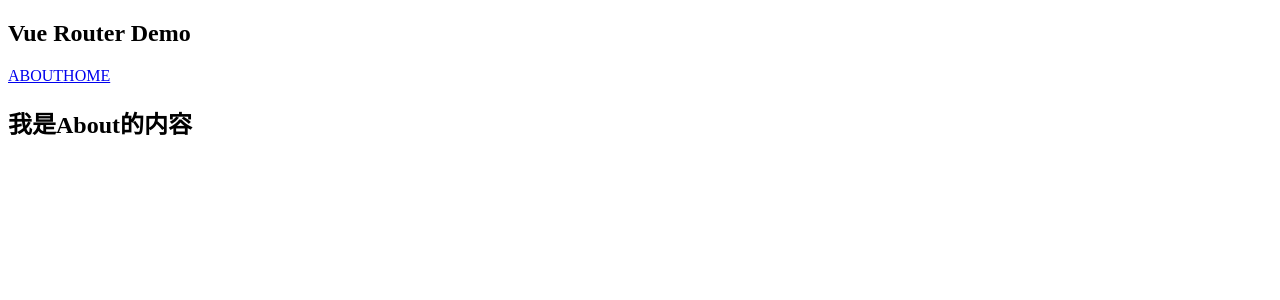
Repository: 13067902180/vue2.0study
Page: /
The author's editor kept a copy of each file at every save. The page is drawn from the files as they stood at one save, then again after the next save.
The browser window is 1280 px wide. The pictures show the whole page.
The project was rebuilt for these pictures with package versions that can differ from the ones it lists, and the page was loaded fresh each time. Also part of the build but not shown: vue.config.js, src/components/About.vue, src/components/Home.vue.

Above is the page before, as saved 2023-03-03 10:30:38.

After the next save:
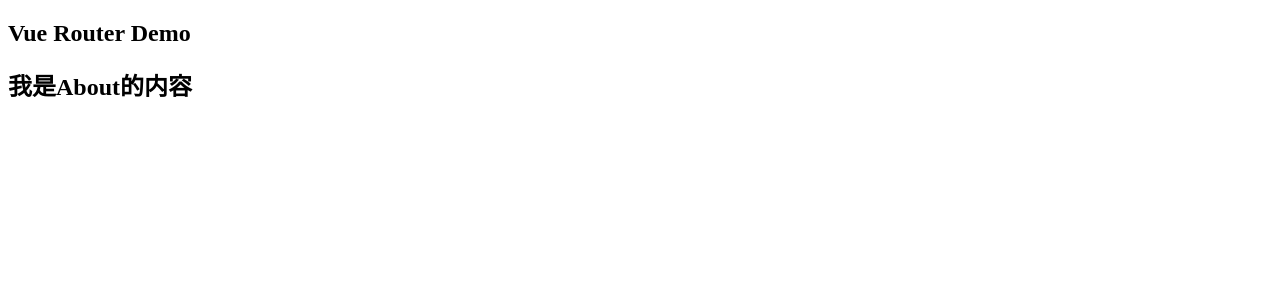
Saved 2 min 5 s later.
--- a/src/App.vue
+++ b/src/App.vue
@@ -8,8 +8,9 @@
     <div class="row">
       <div class="col-xs-offset-2 col-xs-2">
         <div class="list-group">
-          <a href="./about.html" class="list-group-item active">ABOUT</a>
-          <a href="./home/html" class="list-group-item">HOME</a>
+          <!-- 原始html中我们使用a标签实现页面跳转 -->
+          <!-- <a href="./about.html" class="list-group-item active">ABOUT</a> -->
+          <!-- <a href="./home/html" class="list-group-item">HOME</a> -->
         </div>
       </div>
       <div class="col-xs-6">

After the 3 saves that followed:
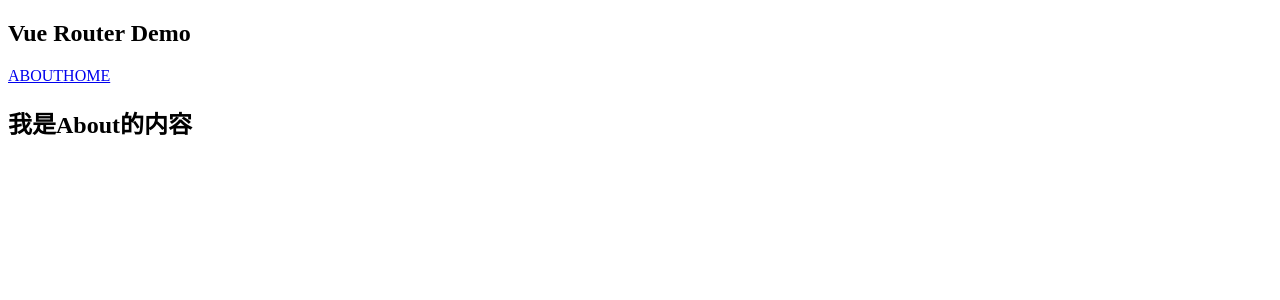
The 3 saves are shown as one change because 2 left the picture as it was.
The last was saved 104 s later.
--- a/src/App.vue
+++ b/src/App.vue
@@ -9,8 +9,12 @@
       <div class="col-xs-offset-2 col-xs-2">
         <div class="list-group">
           <!-- 原始html中我们使用a标签实现页面跳转 -->
-          <!-- <a href="./about.html" class="list-group-item active">ABOUT</a> -->
+          <!-- <a href="./about.html" class="list-group-item active" >ABOUT</a> -->
           <!-- <a href="./home/html" class="list-group-item">HOME</a> -->
+          <router-link class="list-group-item active" to="/about"
+            >ABOUT</router-link
+          >
+          <router-link class="list-group-item" to="/home">HOME</router-link>
         </div>
       </div>
       <div class="col-xs-6">
